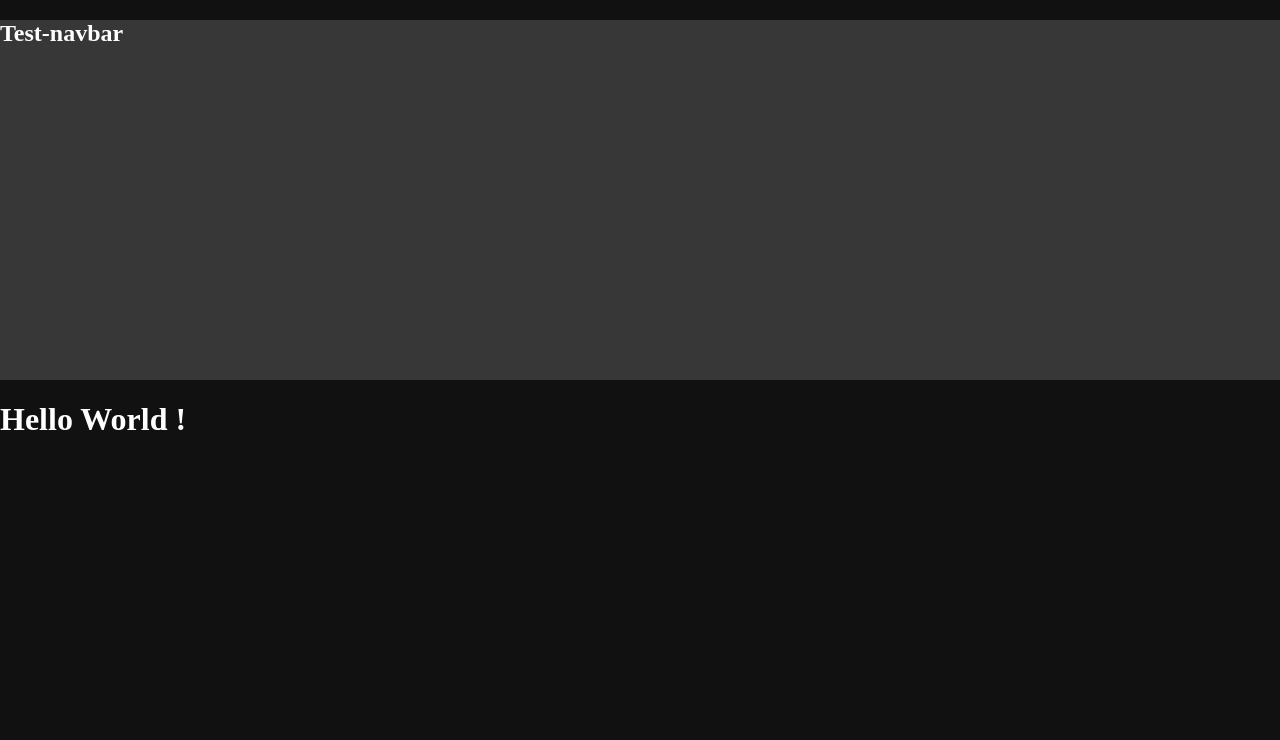
Repository: lolo298/lolo298.github.io
Page: index.html
These files come from the project's save history. The page is drawn as it stood at one moment and after the next save; the edit follows.
The browser window is 1280 px wide. The pictures show the whole page.

Above is the page before, as saved 2022-05-09 16:33:57.

### index.html
<!DOCTYPE html>
<html lang="en">

<head>
    <meta charset="UTF-8">
    <meta http-equiv="X-UA-Compatible" content="IE=edge">
    <meta name="viewport" content="width=device-width, initial-scale=1.0">
    <link rel="stylesheet" href="css/style.css">
    <title>Portfolio</title>
</head>

<body>
    <div class="main-container">
        <nav class="main-navbar">
            <h2>Test-navbar</h2>
        </nav>
        <h1>Hello World !</h1>

    </div>

</body>

</html>

### css/style.css
html {
    background-color: #111111;
}

.main-container {
    color: white;
    height: 100vh;
}

.main-navbar {
    background-color: #373737;
    height: 50%;
}

body,
.main-navbar {
    padding: 0;
    margin: 0;
}

After the next save:
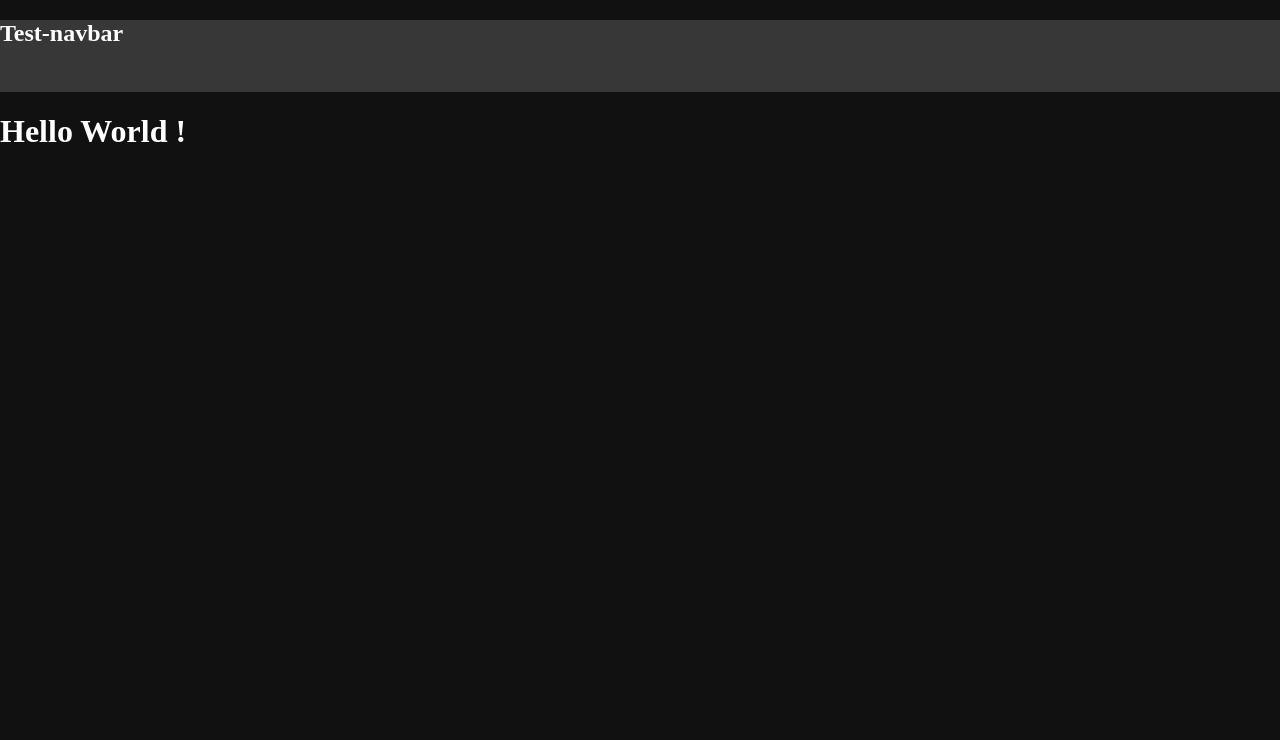
Saved 59 s later.
--- a/css/style.css
+++ b/css/style.css
@@ -9,7 +9,7 @@ html {
 
 .main-navbar {
     background-color: #373737;
-    height: 50%;
+    height: 10%;
 }
 
 body,
